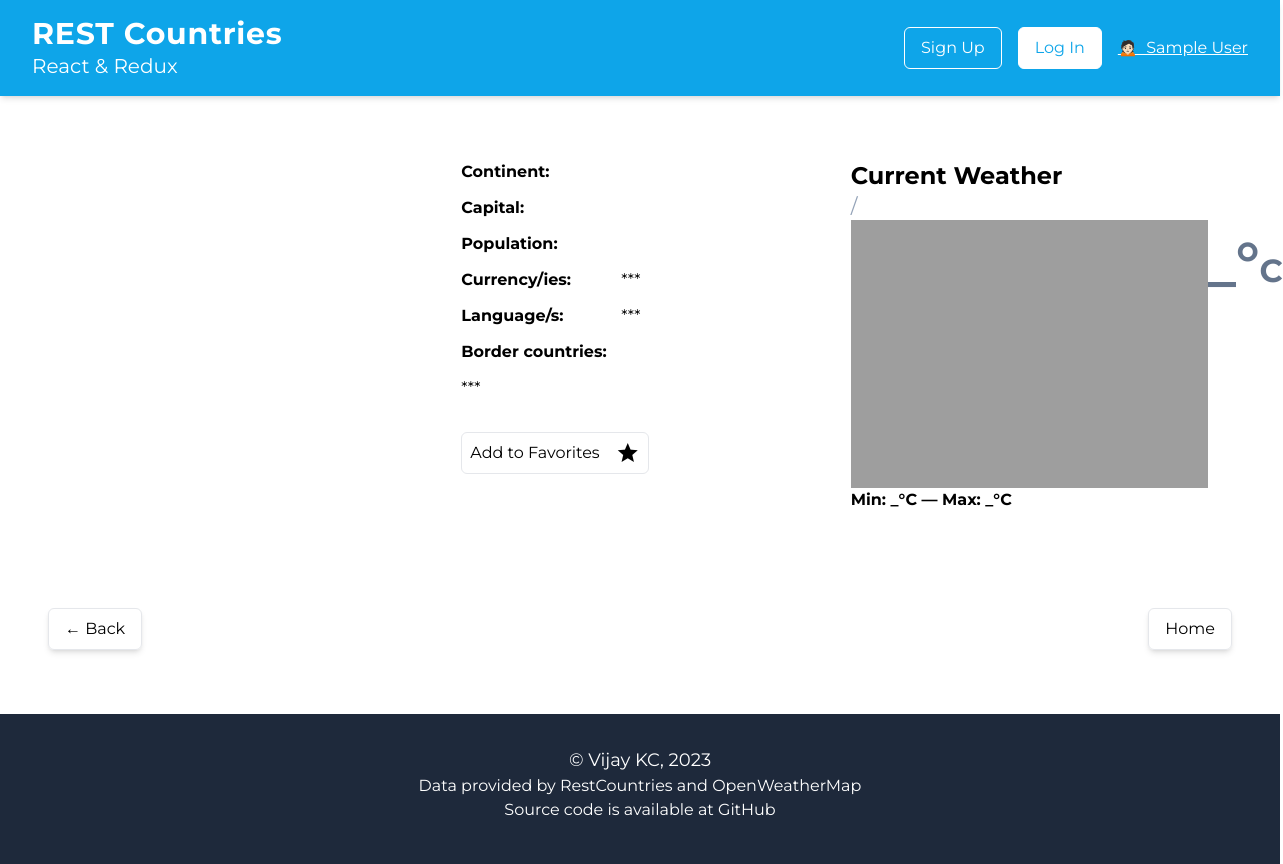
Repository: kcvijay/rest_countries_react_redux
Page: /favorites
An editor plug-in stored every save of this project. The page is shown before and after the next save, followed by the edit.
The browser window is 1280 px wide. The page is 1283 px wide, so the pictures cover 1283 px, including what lies to the right of the window. The pictures show the whole page.
Pictures or frames that could not be fetched are drawn as grey boxes. The page's requests for data from a server got no answer. The project was rebuilt for these pictures with package versions that can differ from the ones it lists, and the page was loaded fresh each time. No one was signed in, and anything a server would have sent is missing. Also part of the build but not shown: src/components/CountryCard.jsx, src/components/Home.jsx, src/components/NotFound.jsx.

Above is the page before, as saved 2023-03-20 20:03:12.

After the next save:
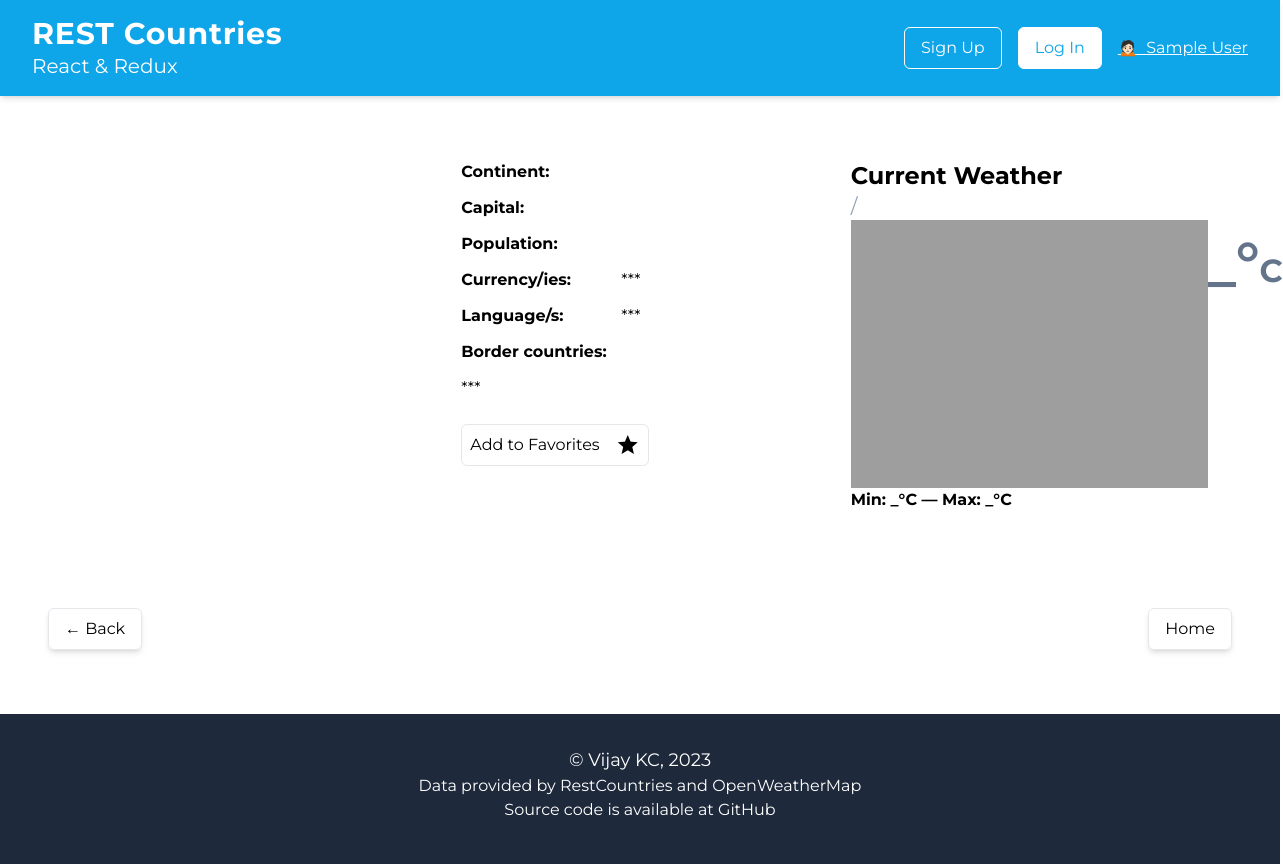
Saved 6 s later.
--- a/src/components/SingleCountry.jsx
+++ b/src/components/SingleCountry.jsx
@@ -119,7 +119,7 @@ const SingleCountry = () => {
               </div>
             </li>
             <li>
-              <button className="flex justify-evenly gap-4 items-center border px-2 py-2 rounded-md mt-8">
+              <button className="flex justify-evenly gap-4 items-center border px-2 py-2 rounded-md mt-6">
                 <p> Add to Favorites </p>
                 <p className="material-icons">star</p>
               </button>
